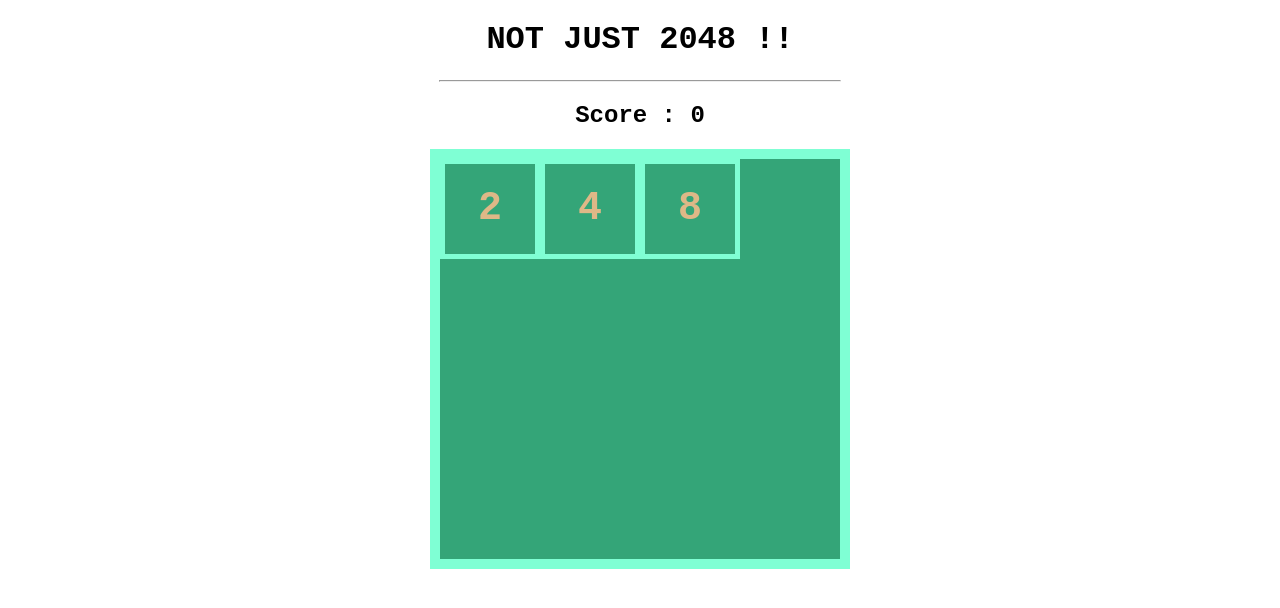
Repository: Prathamyadav1123/2048Game
Page: NotJust2048-main/2048.html
The author's editor kept a copy of each file at every save. The page is drawn from the files as they stood at one save, then again after the next save.
The browser window is 1280 px wide. The pictures show the whole page.

Above is the page before, as saved 2023-05-31 19:54:29.

### NotJust2048-main/2048.html
<!DOCTYPE html>
<html>
    <head>
        <title>
            2048 game
        </title>
        <link rel= "stylesheet" href="2048.css"/>
        <script src= "2048.js"></script>
    </head>
    <body>
        <h1> NOT JUST 2048 !! </h1>
        <hr>
        <h2> Score : <span id="score"> 0 </span></h2>
        <div id="board">
            <div class="tile x1">2</div>
            <div class="tile" class="x2">4</div>
            <div class="tile" class="x8">8</div>
        </div>
    </body>
</html>

### NotJust2048-main/2048.css
body{
    font-family: 'Courier New', Courier, monospace;
    text-align: center;
}
hr{
    width: 400px;
}
#board{
    width: 400px;
    height: 400px;
    color: burlywood;
    background-color: rgb(52, 165, 120);
    border: 10px solid aquamarine;
    margin: 0 auto;
    display: flex;
    flex-wrap: wrap;
}
.tile{
    width:90px;
    height:90px;
    border:5px solid aquamarine;
    font-size: 40px;
    font-weight: bold;
    display: flex;
    justify-content: center;
    align-items: center;
}
.x2{
    background-color: brown;
    color:blueviolet;
}
.x4{
    background-color: brown;
    color:blueviolet;
}
.x8{
    background-color: brown;
    color:blueviolet;
}

Loaded but not shown: NotJust2048-main/2048.js (no copy from this time; the picture is the same without it)

After the next save:
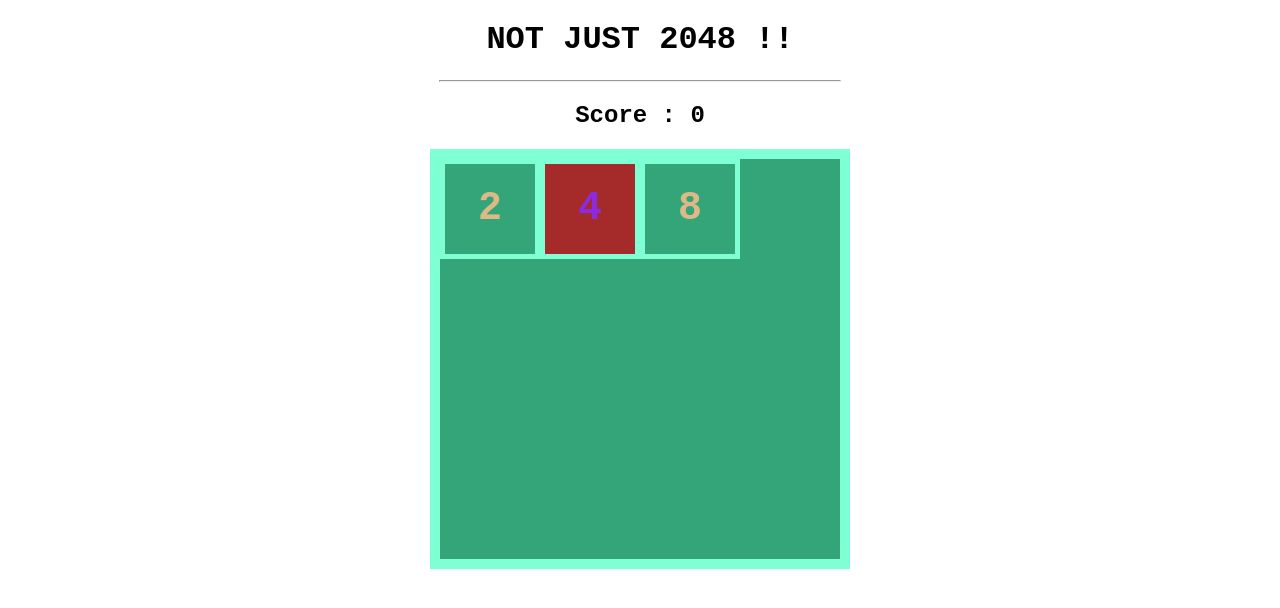
Saved 5 s later.
--- a/NotJust2048-main/2048.html
+++ b/NotJust2048-main/2048.html
@@ -13,7 +13,7 @@
         <h2> Score : <span id="score"> 0 </span></h2>
         <div id="board">
             <div class="tile x1">2</div>
-            <div class="tile" class="x2">4</div>
+            <div class="tile x2">4</div>
             <div class="tile" class="x8">8</div>
         </div>
     </body>
